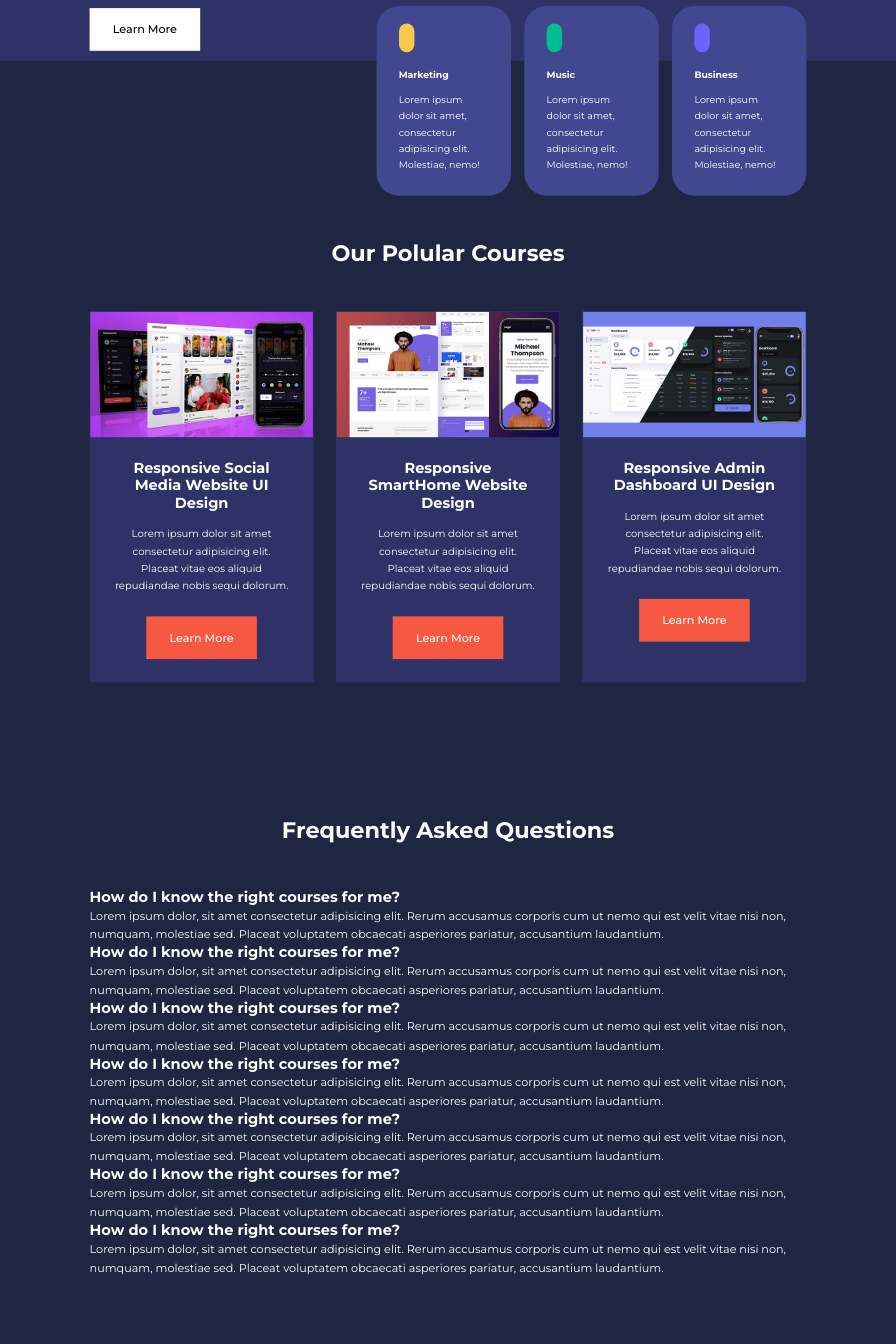
Repository: QUANGTHAI2003/education-web
Page: index.html
These files come from the project's save history. The page is drawn as it stood at one moment and after a run of saves; the edit follows.
The browser window is 1280 px wide. The pictures show the part of the page from y = 962 to 2882 px (the page is 2882 px tall), at 70% of full size.
Some icons come from a web library that is not loaded, so they are not drawn.

Above is the page before, as saved 2022-03-11 14:54:14.

### index.html
<!DOCTYPE html>
<html lang="en">
    <head>
        <meta charset="UTF-8" />
        <meta http-equiv="X-UA-Compatible" content="IE=edge" />
        <meta name="viewport" content="width=device-width, initial-scale=1.0" />
        <title>Responsive Multipage Education</title>
        <!-- ICONSCOUT CDN -->
        <link
            rel="stylesheet"
            href="https://unicons.iconscout.com/release/v2.1.6/css/unicons.css"
        />
        <!-- GOOGLE FONTS -->
        <link rel="preconnect" href="https://fonts.googleapis.com" />
        <link rel="preconnect" href="https://fonts.gstatic.com" crossorigin />
        <link
            href="https://fonts.googleapis.com/css2?family=Montserrat:wght@300;400;500;600;700;800;900&family=Poppins:wght@300;400;600&display=swap"
            rel="stylesheet"
        />

        <link rel="stylesheet" href="./css/style.css" />
    </head>
    <body>
        <nav>
            <div class="container nav__container">
                <a href="index.html">
                    <h4>EGATOR</h4>
                </a>
                <ul class="nav__menu">
                    <li><a href="index.html">Home</a></li>
                    <li><a href="about.html">About</a></li>
                    <li><a href="courses.html">Courses</a></li>
                    <li><a href="contact.html">Contact</a></li>
                </ul>
                <button id="open-menu-btn">
                    <i class="uil uil-bars"></i>
                </button>
                <button id="close-menu-btn">
                    <i class="uil uil-multiply"></i>
                </button>
            </div>
        </nav>
        <!-- END OF NAVBAR -->
        <header>
            <div class="container header__container">
                <div class="header__left">
                    <h1>Grow your skills to advance your career</h1>
                    <p>
                        Lorem ipsum dolor sit, amet consectetur adipisicing elit. Est, atque
                        debitis. Illum quaerat ex suscipit, sapiente nobis sit sunt doloribus
                        possimus cumque non libero voluptas aspernatur voluptate voluptates ipsam
                        eum!
                    </p>
                    <a href="courses.html" class="btn btn-primary">Get Started</a>
                </div>
                <div class="header__right">
                    <div class="header__right-image">
                        <img src="./images/header.svg" />
                    </div>
                </div>
            </div>
        </header>
        <!-- END OF HEADER -->
        <section class="categories">
            <div class="container categories__container">
                <div class="categories__left">
                    <h1>Categories</h1>
                    <p>
                        Lorem ipsum dolor sit amet consectetur adipisicing elit. Aliquid expedita
                        voluptatem odio, voluptate esse ab suscipit possimus tempora adipisci harum
                        reprehenderit sunt? Adipisci placeat, repudiandae a consectetur voluptatem
                        itaque? Assumenda!
                    </p>
                    <a href="#" class="btn">Learn More</a>
                </div>
                <div class="categories__right">
                    <article class="category">
                        <span class="category__icon">
                            <i class="uil uil-bitcoin-circle"></i>
                        </span>
                        <h5>Blockchain</h5>
                        <p>
                            Lorem ipsum dolor sit amet, consectetur adipisicing elit. Molestiae,
                            nemo!
                        </p>
                    </article>
                    <article class="category">
                        <span class="category__icon">
                            <i class="uil uil-palette"></i>
                        </span>
                        <h5>Graphic Design</h5>
                        <p>
                            Lorem ipsum dolor sit amet, consectetur adipisicing elit. Molestiae,
                            nemo!
                        </p>
                    </article>
                    <article class="category">
                        <span class="category__icon">
                            <i class="uil uil-usd-circle"></i>
                        </span>
                        <h5>Finance</h5>
                        <p>
                            Lorem ipsum dolor sit amet, consectetur adipisicing elit. Molestiae,
                            nemo!
                        </p>
                    </article>
                    <article class="category">
                        <span class="category__icon">
                            <i class="uil uil-megaphone"></i>
                        </span>
                        <h5>Marketing</h5>
                        <p>
                            Lorem ipsum dolor sit amet, consectetur adipisicing elit. Molestiae,
                            nemo!
                        </p>
                    </article>
                    <article class="category">
                        <span class="category__icon">
                            <i class="uil uil-music"></i>
                        </span>
                        <h5>Music</h5>
                        <p>
                            Lorem ipsum dolor sit amet, consectetur adipisicing elit. Molestiae,
                            nemo!
                        </p>
                    </article>
                    <article class="category">
                        <span class="category__icon">
                            <i class="uil uil-puzzle-piece"></i>
                        </span>
                        <h5>Business</h5>
                        <p>
                            Lorem ipsum dolor sit amet, consectetur adipisicing elit. Molestiae,
                            nemo!
                        </p>
                    </article>
                </div>
            </div>
        </section>
        <!-- END OF CATEGORIES -->
        <section class="courses">
            <h2>Our Polular Courses</h2>
            <div class="container courses__container">
                <article class="course">
                    <div class="course__image">
                        <img src="./images/course1.jpg" />
                    </div>
                    <div class="course__info">
                        <h4>Responsive Social Media Website UI Design</h4>
                        <p>
                            Lorem ipsum dolor sit amet consectetur adipisicing elit. Placeat vitae
                            eos aliquid repudiandae nobis sequi dolorum.
                        </p>
                        <a href="courses.html" class="btn btn-primary">Learn More</a>
                    </div>
                </article>
                <article class="course">
                    <div class="course__image">
                        <img src="./images/course2.jpg" />
                    </div>
                    <div class="course__info">
                        <h4>Responsive SmartHome Website Design</h4>
                        <p>
                            Lorem ipsum dolor sit amet consectetur adipisicing elit. Placeat vitae
                            eos aliquid repudiandae nobis sequi dolorum.
                        </p>
                        <a href="courses.html" class="btn btn-primary">Learn More</a>
                    </div>
                </article>
                <article class="course">
                    <div class="course__image">
                        <img src="./images/course3.jpg" />
                    </div>
                    <div class="course__info">
                        <h4>Responsive Admin Dashboard UI Design</h4>
                        <p>
                            Lorem ipsum dolor sit amet consectetur adipisicing elit. Placeat vitae
                            eos aliquid repudiandae nobis sequi dolorum.
                        </p>
                        <a href="courses.html" class="btn btn-primary">Learn More</a>
                    </div>
                </article>
            </div>
        </section>
        <!-- END OF COURSES -->
        <section class="faqs">
            <h2>Frequently Asked Questions</h2>
            <div class="container faqs-container">
                <article class="faq">
                    <div class="faq__icon"><i class="uil uil-plus"></i></div>
                    <div class="question__answer">
                        <h4>How do I know the right courses for me?</h4>
                        <p>
                            Lorem ipsum dolor, sit amet consectetur adipisicing elit. Rerum
                            accusamus corporis cum ut nemo qui est velit vitae nisi non, numquam,
                            molestiae sed. Placeat voluptatem obcaecati asperiores pariatur,
                            accusantium laudantium.
                        </p>
                    </div>
                </article>
                <article class="faq">
                    <div class="faq__icon"><i class="uil uil-plus"></i></div>
                    <div class="question__answer">
                        <h4>How do I know the right courses for me?</h4>
                        <p>
                            Lorem ipsum dolor, sit amet consectetur adipisicing elit. Rerum
                            accusamus corporis cum ut nemo qui est velit vitae nisi non, numquam,
                            molestiae sed. Placeat voluptatem obcaecati asperiores pariatur,
                            accusantium laudantium.
                        </p>
                    </div>
                </article>
                <article class="faq">
                    <div class="faq__icon"><i class="uil uil-plus"></i></div>
                    <div class="question__answer">
                        <h4>How do I know the right courses for me?</h4>
                        <p>
                            Lorem ipsum dolor, sit amet consectetur adipisicing elit. Rerum
                            accusamus corporis cum ut nemo qui est velit vitae nisi non, numquam,
                            molestiae sed. Placeat voluptatem obcaecati asperiores pariatur,
                            accusantium laudantium.
                        </p>
                    </div>
                </article>
                <article class="faq">
                    <div class="faq__icon"><i class="uil uil-plus"></i></div>
                    <div class="question__answer">
                        <h4>How do I know the right courses for me?</h4>
                        <p>
                            Lorem ipsum dolor, sit amet consectetur adipisicing elit. Rerum
                            accusamus corporis cum ut nemo qui est velit vitae nisi non, numquam,
                            molestiae sed. Placeat voluptatem obcaecati asperiores pariatur,
                            accusantium laudantium.
                        </p>
                    </div>
                </article>
                <article class="faq">
                    <div class="faq__icon"><i class="uil uil-plus"></i></div>
                    <div class="question__answer">
                        <h4>How do I know the right courses for me?</h4>
                        <p>
                            Lorem ipsum dolor, sit amet consectetur adipisicing elit. Rerum
                            accusamus corporis cum ut nemo qui est velit vitae nisi non, numquam,
                            molestiae sed. Placeat voluptatem obcaecati asperiores pariatur,
                            accusantium laudantium.
                        </p>
                    </div>
                </article>
                <article class="faq">
                    <div class="faq__icon"><i class="uil uil-plus"></i></div>
                    <div class="question__answer">
                        <h4>How do I know the right courses for me?</h4>
                        <p>
                            Lorem ipsum dolor, sit amet consectetur adipisicing elit. Rerum
                            accusamus corporis cum ut nemo qui est velit vitae nisi non, numquam,
                            molestiae sed. Placeat voluptatem obcaecati asperiores pariatur,
                            accusantium laudantium.
                        </p>
                    </div>
                </article>
                <article class="faq">
                    <div class="faq__icon"><i class="uil uil-plus"></i></div>
                    <div class="question__answer">
                        <h4>How do I know the right courses for me?</h4>
                        <p>
                            Lorem ipsum dolor, sit amet consectetur adipisicing elit. Rerum
                            accusamus corporis cum ut nemo qui est velit vitae nisi non, numquam,
                            molestiae sed. Placeat voluptatem obcaecati asperiores pariatur,
                            accusantium laudantium.
                        </p>
                    </div>
                </article>
                <!-- END OF FAQs -->
            </div>
        </section>
        <script src="./app.js"></script>
    </body>
</html>

### css/style.css
* {
    margin: 0;
    padding: 0;
    border: 0;
    outline: 0;
    text-decoration: none;
    list-style: none;
    box-sizing: border-box;
}

:root {
    --color-primary: #6c63ff;
    --color-success: #00bf8e;
    --color-warning: #f7c94b;
    --color-danger: #f75842;
    --color-danger-variant: rgba(247, 88, 66, 0.4);
    --color-white: #fff;
    --color-light: rgba(255, 255, 255, 0.7);
    --color-black: #000;
    --color-bg: #1f2641;
    --color-bg1: #2e3267;
    --color-bg2: #424890;

    --container-width-lg: 80%;
    --container-width-md: 90%;
    --container-width-sm: 94%;

    --transition: all 400ms ease;
}

body {
    font-family: 'Montserrat', sans-serif;
    line-height: 1.7;
    color: var(--color-white);
    background: var(--color-bg);
}

.container {
    width: var(--container-width-lg);
    margin: 0 auto;
}

section {
    padding: 6rem 0;
}

section h2 {
    text-align: center;
    margin-bottom: 4rem;
}

h1,
h2,
h3,
h4,
h5 {
    line-height: 1.2;
}

h1 {
    font-size: 2.4rem;
}

h2 {
    font-size: 2rem;
}

h3 {
    font-size: 1.3rem;
}

h4 {
    font-size: 1.3rem;
}

a {
    color: var(--color-white);
}

img {
    width: 100%;
    display: block;
    object-fit: cover;
}

.btn {
    display: inline-block;
    background: var(--color-white);
    color: var(--color-black);
    padding: 1rem 2rem;
    border: 1px solid transparent;
    font-weight: 500;
    transition: var(--transition);
}

.btn:hover {
    background: transparent;
    color: var(--color-white);
    border-color: var(--color-white);
}

.btn-primary {
    background: var(--color-danger);
    color: var(--color-white);
}

/* ================= NAVBAR =================*/
nav {
    background: transparent;
    width: 100vw;
    height: 5rem;
    position: fixed;
    top: 0;
    z-index: 11;
}

/* change navbar styles on scroll using js*/
.window-scroll {
    background: var(--color-primary);
    box-shadow: 0 1rem 2rem rgba(0, 0, 0, 0.2);
}

.nav__container {
    height: 100%;
    display: flex;
    justify-content: space-between;
    align-items: center;
}

nav button {
    display: none;
}

.nav__menu {
    display: flex;
    align-items: center;
    gap: 4rem;
}

.nav__menu a {
    font-size: 0.9rem;
    transition: var(--transition);
}

.nav__menu a:hover {
    color: var(--color-bg2);
}

/* ================= HEADER =================*/
header {
    position: relative;
    top: 5rem;
    overflow: hidden;
    height: 70vh;
    margin-bottom: 5rem;
}

.header__container {
    display: grid;
    grid-template-columns: repeat(2, 1fr);
    align-items: center;
    gap: 5rem;
    height: 100%;
}

.header__left p {
    margin: 1rem 0 2.4rem;
}

/* ================= CATEGORIES =================*/
.categories {
    background: var(--color-bg1);
    height: 29rem;
}

.categories h1 {
    line-height: 1;
}

.categories__container {
    display: grid;
    grid-template-columns: 40% 60%;
}

.categories__left {
    margin-right: 4rem;
}

.categories__left p {
    margin: 1rem 0 3rem;
}

.categories__right {
    display: grid;
    grid-template-columns: repeat(3, 1fr);
    gap: 1.2rem;
}

.category {
    background: var(--color-bg2);
    padding: 2rem;
    border-radius: 2rem;
    transition: var(--transition);
}

.category:hover {
    box-shadow: 0 3rem 3rem rgba(0, 0, 0, 0.3);
    z-index: 1;
}

.category:nth-child(2) .category__icon {
    background: var(--color-danger);
}

.category:nth-child(3) .category__icon {
    background: var(--color-success);
}

.category:nth-child(4) .category__icon {
    background: var(--color-warning);
}

.category:nth-child(5) .category__icon {
    background: var(--color-success);
}

.category__icon {
    background: var(--color-primary);
    padding: 0.7rem;
    border-radius: 0.9rem;
}

.category h5 {
    margin: 2rem 0 1rem;
}

.category p {
    font-size: 0.85rem;
}

/* ================= POLULAR COURSES =================*/

.courses {
    margin-top: 10rem;
}

.courses__container {
    display: grid;
    grid-template-columns: repeat(3, 1fr);
    gap: 2rem;
}

.course {
    background: var(--color-bg1);
    text-align: center;
    border: 1px solid transparent;
    transition: var(--transition);
}

.course:hover {
    background: transparent;
    border-color: var(--color-primary);
}

.course__info {
    padding: 2rem;
}

.course__info p {
    margin: 1.2rem 0 2rem;
    font-size: 0.9rem;
}

### app.js
// changen navbar styles on scroll
window.addEventListener('scroll', () => {
    document.querySelector('nav').classList.toggle
        ('window-scroll', window.scrollY > 0);
})

After the next 2 saves:
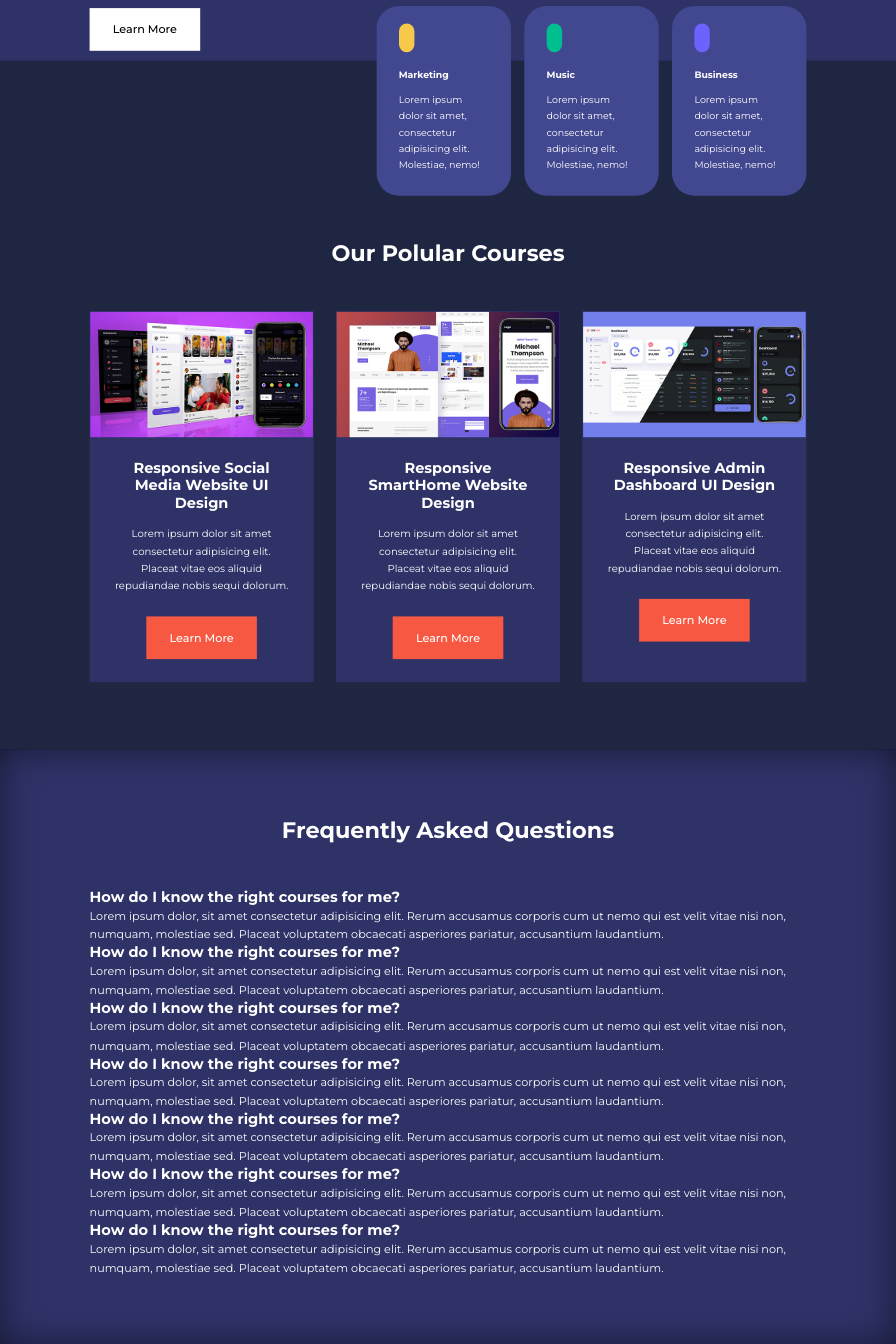
The 2 saves are shown as one change because they came seconds apart.
The last was saved 93 s later.
--- a/css/style.css
+++ b/css/style.css
@@ -270,3 +270,9 @@ header {
     margin: 1.2rem 0 2rem;
     font-size: 0.9rem;
 }
+
+/* ================= FAQs =================*/
+.faqs {
+    background: var(--color-bg1);
+    box-shadow: inset 0 0 3rem rgba(0, 0, 0, 0.5);
+}
